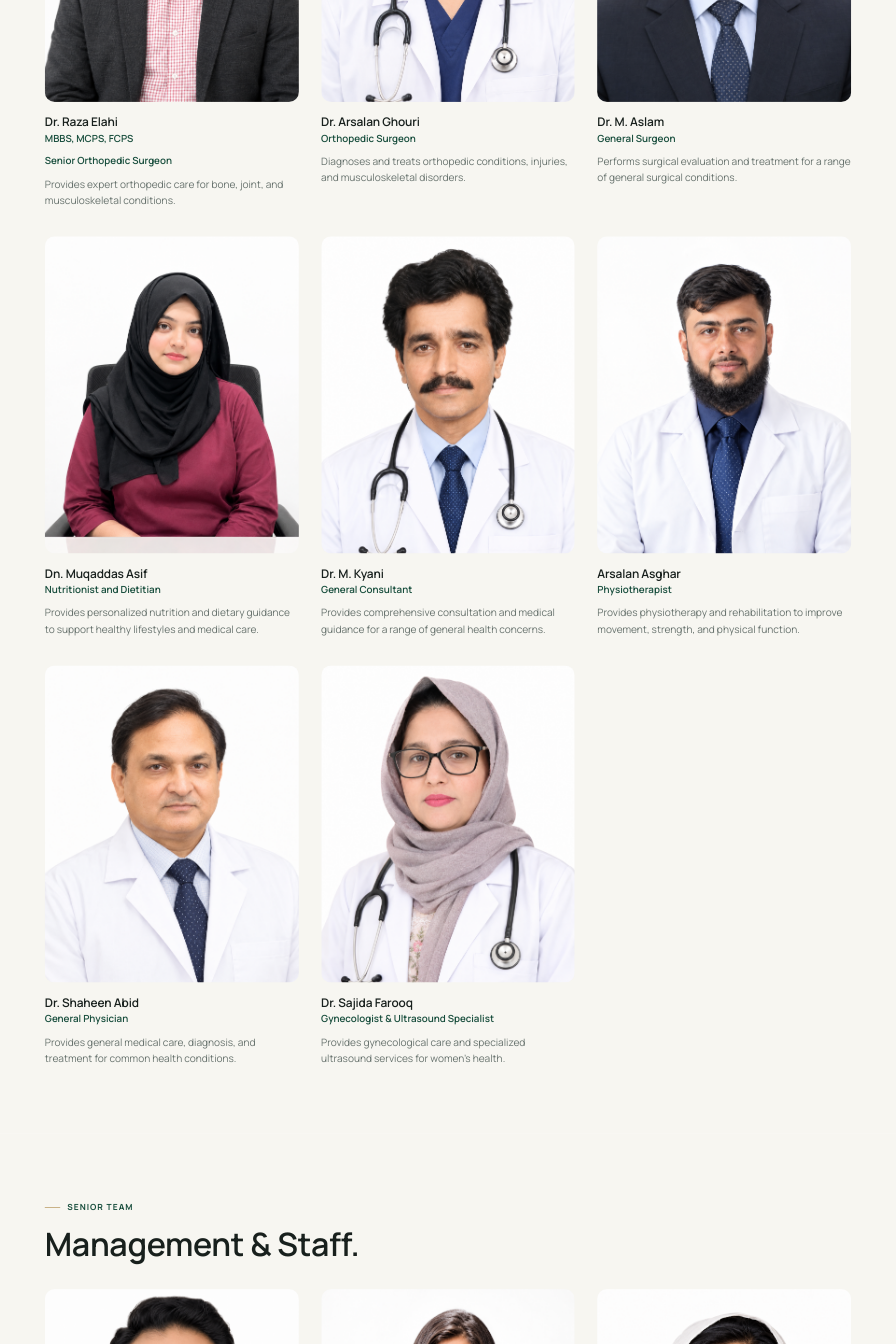
Repository: mraeesaziz45/al-farah
Page: team.html
These files come from the project's save history. The page is drawn as it stood at one moment and after the next save; the edit follows.
The browser window is 1280 px wide. The pictures show the part of the page from y = 1862 to 3782 px (the page is 5874 px tall), at 70% of full size.

Above is the page before, as saved 2026-09-28 17:58:36.

After the next save:
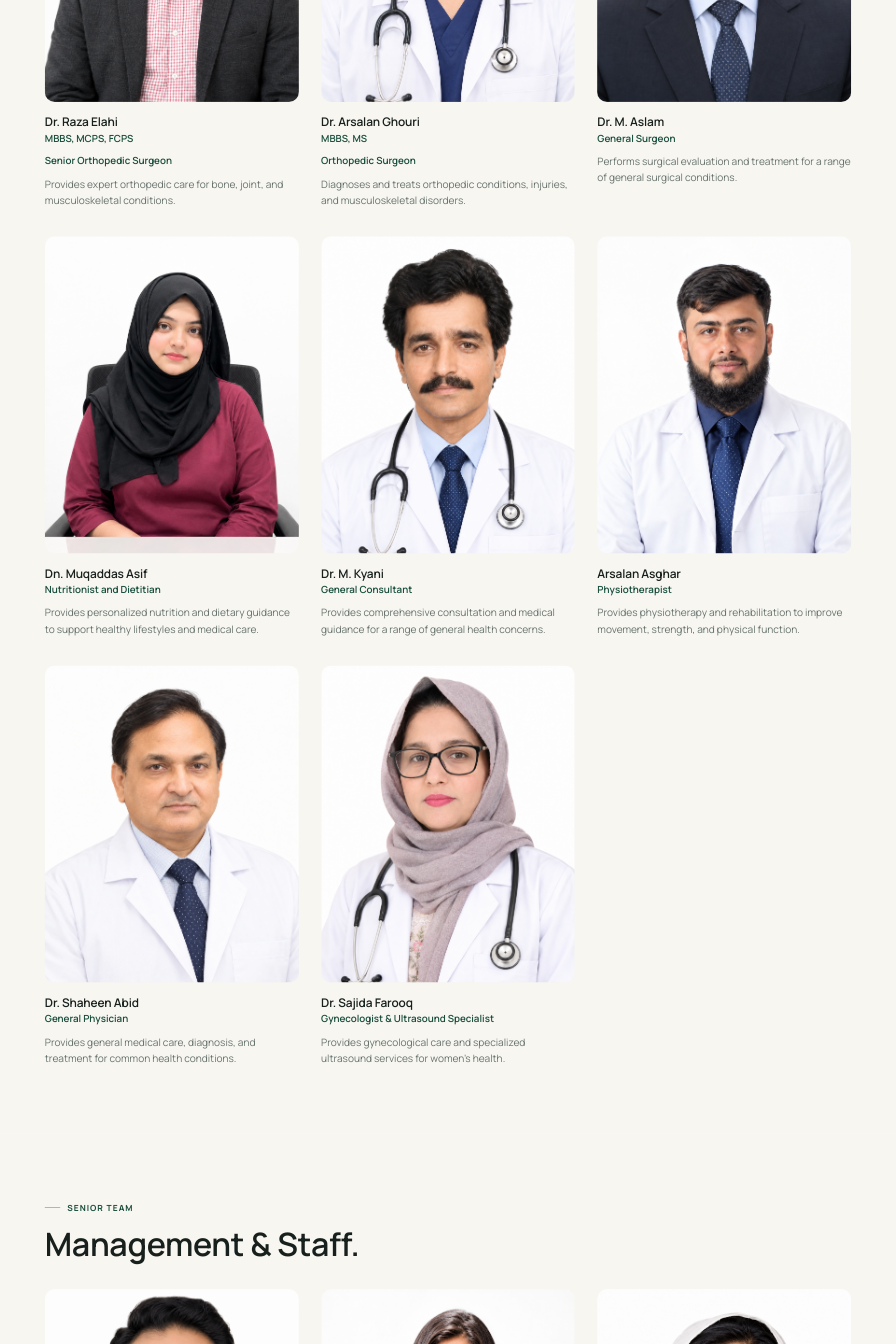
Saved 23 s later.
--- a/team.html
+++ b/team.html
@@ -105,6 +105,7 @@
             <img src="assets/images/team/arsalan-ghori.png" alt="Portrait placeholder for a radiologist" width="1000" height="1250" loading="lazy" decoding="async">
           </div>
           <h3 class="h4">Dr. Arsalan Ghouri</h3>
+          <span class="role">MBBS, MS</span>
           <span class="role">Orthopedic Surgeon</span>
           <p class="bio">Diagnoses and treats orthopedic conditions, injuries, and musculoskeletal disorders.</p>
         </div>
